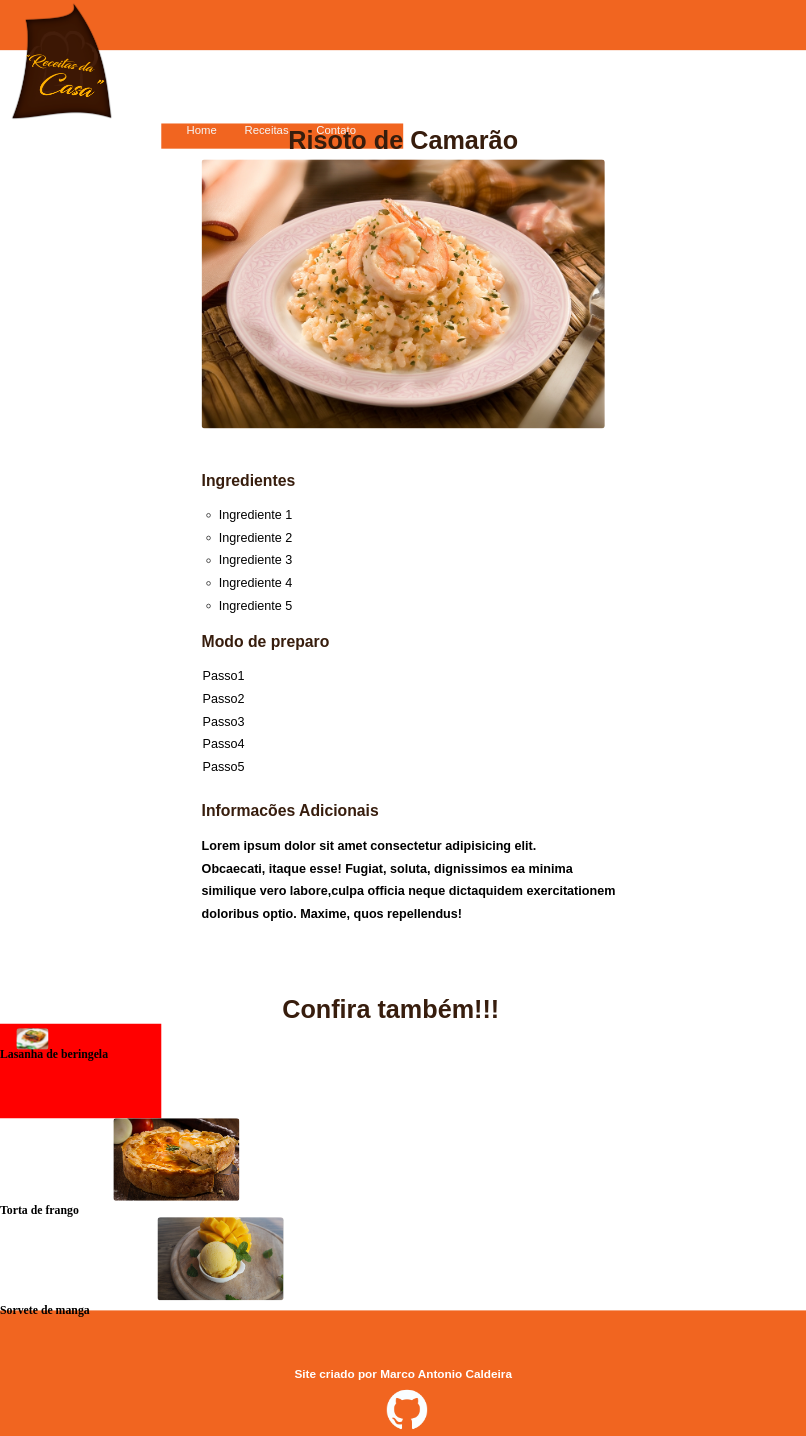
Repository: MarcoantonioCaldeira/Aprendizados-e-Conhecimentos
Page: Receitas da Casa/index.html
An editor plug-in stored every save of this project. The page is shown before and after the next save, followed by the edit.
The browser window is 1280 px wide. The pictures show the whole page, at 63% of full size.

Above is the page before, as saved 2022-05-29 22:10:30.

### Receitas da Casa/index.html
<!DOCTYPE html>
<html>
    <head>
    <meta charset="utf-8">
    <title>Receitas do Marco</title>
    <link rel="stylesheet" text="css" href="css/estilo.css">
    <link rel="stylesheet" text="css" href="css/fonts.css">
    <style>

    </style>
    </head>
    <body>
        <header id="topo">
            <img id="logo" src="imagens/logo.png">
            <li class="li-topo">
                <ul class="ul-topo" href="#">Home</ul>
                <ul class="ul-topo" href="#">Receitas</ul>
                <ul class="ul-topo" href="#">Contato</ul>
            </li>
        </header>
        <main id="corpo">
            <h1 class="titulo-receita">Risoto de Camarão</h1>
            <figure>
                <img class="img_receita" src="imagens/imagem_receita.jpg">
            </figure>
            <article>

                <h3 class="text_article">Ingredientes</h3>
                <ul class="text_ul">
                     <li>Ingrediente 1</li>
                     <li>Ingrediente 2</li>
                     <li>Ingrediente 3</li>
                     <li>Ingrediente 4</li>
                     <li>Ingrediente 5</li>
                </ul>

               <h3 class="text_article_2">Modo de preparo</h3>
               <li class="text_ul_2">
                   <ul>Passo1</ul>
                   <ul>Passo2</ul>
                   <ul>Passo3</ul>
                   <ul>Passo4</ul>
                   <ul>Passo5</ul>
               </li>

               <h3 class="text_article_3">Informacões Adicionais</h3>
               <h3 class="text">Lorem ipsum dolor sit amet consectetur adipisicing elit.<br>
                Obcaecati, itaque esse! Fugiat, soluta, dignissimos ea minima<br> similique vero
                labore,culpa officia neque dictaquidem exercitationem <br>doloribus optio. Maxime, quos
                repellendus!</h3>


               <h1 class="h1_informacoes">Confira também!!!</h1>
               <div id="outras_receitas">
                    <div id="image_receita_1">
                      <img class="img_receita1" src="imagens/lazanha_de_beringela.jpg">
                      <h3>Lasanha de beringela</h3>
                    </div>

                    <div id="image_receita_2">
                      <img class="img_receita2" src="imagens/torta_de_frango.jpg">
                      <h3>Torta de frango</h3>
                    </div>

                    <div id="image_receita_3">
                      <img class="img_receita3" src="imagens/sorvete-manga.jpg">
                      <h3>Sorvete de manga</h3>
                    </div>
               </div>

            </article>
        </main>
        <footer id="rodape">
            <div class="agradecimentos-rodape">
                <h3>Site criado por Marco Antonio Caldeira</h3>
                <a href="https://github.com/MarcoantonioCaldeira"><img class="logoGit" src="imagens/github_logo.png"></a>
            </div>
        </footer>
    </body>
</html>

### Receitas da Casa/css/estilo.css
* {
    margin: 0;
}

#topo{
  width: 100%;
  background-color:rgb(241, 101, 32);
  height: 80px;
}

#logo{
  width: 15%;

}

.titulo_logo{
  position: relative;
  font-family: arial;
  top: 20%;
  font-size:30px;
  color:white;
  left:-40%;
}

#corpo{
  width: 100%;
  height: 2000px;
  background-color: white;
}

.img_receita{
  position:relative;
  border-radius: 5px;
  margin-left: 25%;
  margin-top: 10%;
  width:50%;
}

#outras_receitas{
  width: 100%;
  height: 300px;
  background-color:white;
}

.img_receita1{
  position:relative;
  left:10%;
  top:5%;
  border-radius:5px;
  width:20%;
}

.img_receita2{
  position:relative;
  left: 18%;
  top:5%;
  border-radius:5px;
  width:20%;
}

.img_receita3{
  position:relative;
  left: 25%;
  top:5%;
  border-radius:5px;
  width:20%;
}

#image_receita_1{
  background-color:red;
  width: 20%;
  height:50%;
}

#image_receita_2{
  display:inline-block;
}

#image_receita_3{
  display:inline-block;
}

#rodape{
  background-color: rgb(241, 101, 32);
  width: 100%;
  height: 200px;
}

.agradecimentos-rodape{
  position: relative;
  top: 45%;
  color:white;
  font-family: arial;
  text-align: center;
}

.logoGit{
  position: absolute;
  width: 5%;
  left:48%;
  top: 35px;
}

### Receitas da Casa/css/fonts.css
h1{
  text-align: center;
}

.li-topo{
  position:relative;
  background-color: rgb(241, 101, 32);
  list-style: none;
  height: 40px;
  width: 30%;
  margin-left: 20%;
}

.ul-topo{
  display: inline;
  font-family: arial;
  color:rgb(246, 246, 246);
  font-size:18px;
}

.titulo-receita{
  position: relative;
  font-size: 40px;
  font-family: arial;
  top:6%;
  color:rgb(55, 29, 13);
}

.text_article{
  position:absolute;
  display: inline;
  left:25%;
  margin-top: 5%;
  color:rgb(55, 29, 13);
  font-size: 25px;
  font-family: arial;
}

.text_ul{
  position:absolute;
  font-size: 20px;
  line-height: 1.8;
  list-style-type:circle;
  margin-top:9%;
  left:24%;
  display:inline-block;
  font-family: arial;
}

.text_article_2{
  position:absolute;
  display: inline;
  left:25%;
  margin-top: 25%;
  color:rgb(55, 29, 13);
  font-size: 25px;
  font-family: arial;
}

.text_ul_2{
  position:absolute;
  font-size: 20px;
  line-height: 1.8;
  list-style-type:circle;
  margin-top:29%;
  left:22%;
  display:inline-block;
  font-family: arial;
}

.text_article_3{
  position:absolute;
  display: inline;
  left:25%;
  margin-top: 46%;
  color:rgb(55, 29, 13);
  font-size: 25px;
  font-family: arial;
}

.text{
  position:absolute;
  font-size: 20px;
  line-height: 1.8;
  margin-top:50%;
  left:25%;
  display:inline-block;
  font-family: arial;
}

.h1_informacoes{
  position: relative;
  font-size: 40px;
  font-family: arial;
  left:35%;
  margin-top:70%;
  display:inline-block;
  color:rgb(55, 29, 13);
}

After the next save:
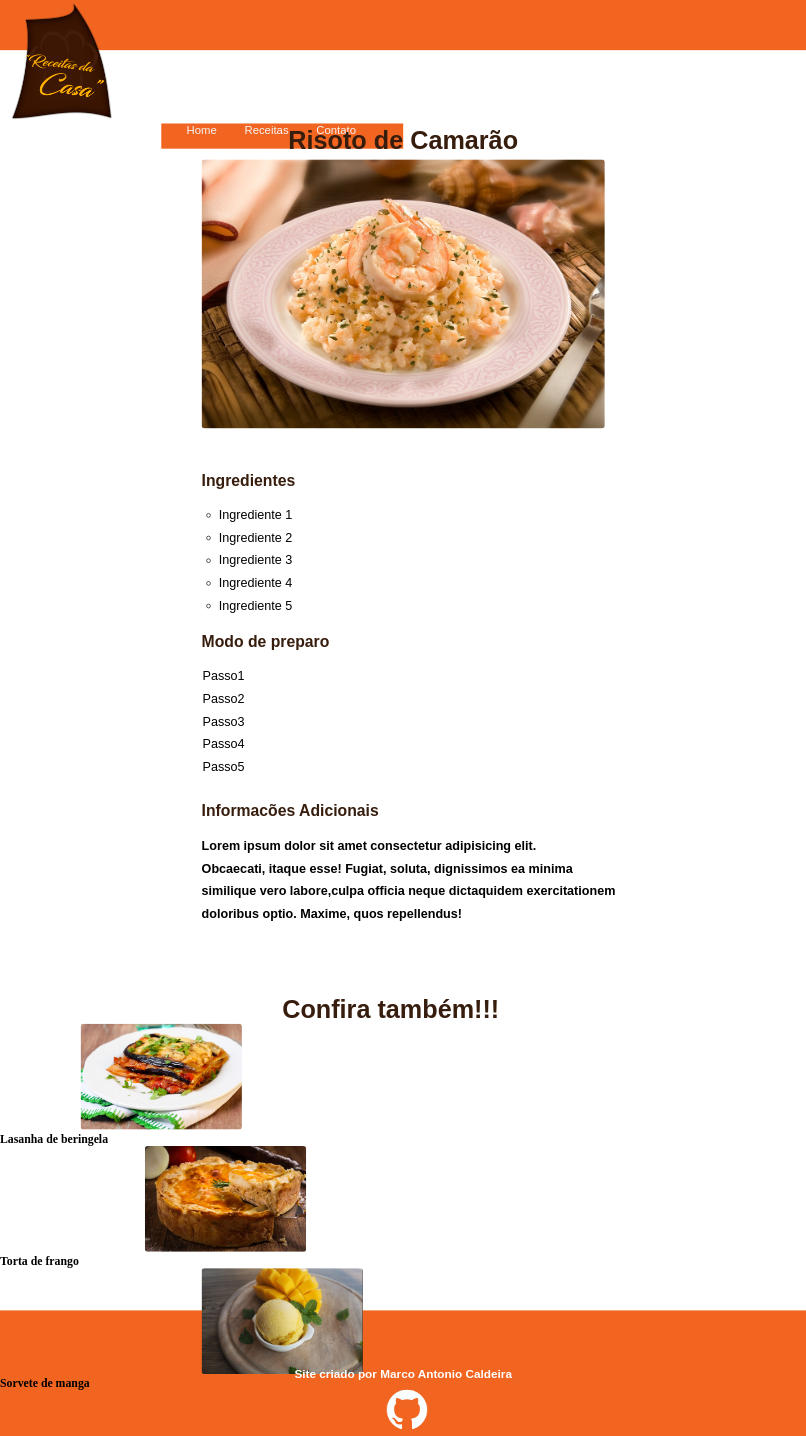
Saved 35 s later.
--- a/Receitas da Casa/css/estilo.css
+++ b/Receitas da Casa/css/estilo.css
@@ -66,19 +66,6 @@
   width:20%;
 }
 
-#image_receita_1{
-  background-color:red;
-  width: 20%;
-  height:50%;
-}
-
-#image_receita_2{
-  display:inline-block;
-}
-
-#image_receita_3{
-  display:inline-block;
-}
 
 #rodape{
   background-color: rgb(241, 101, 32);
